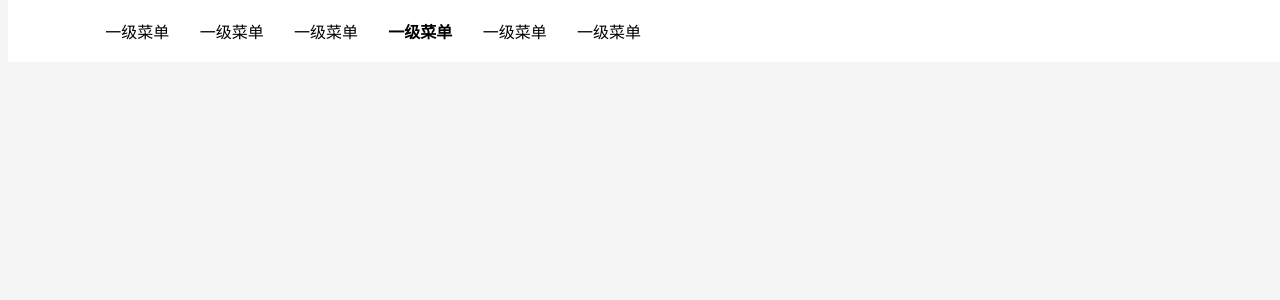
Repository: LJW3112/StudyHTML
Page: 个人作品展示网页/CODE/index.html
The author's editor kept a copy of each file at every save. The page is drawn from the files as they stood at one save, then again after the next save.
The browser window is 1280 px wide. The pictures show the whole page.

Above is the page before, as saved 2023-02-12 17:02:57.

After the next save:
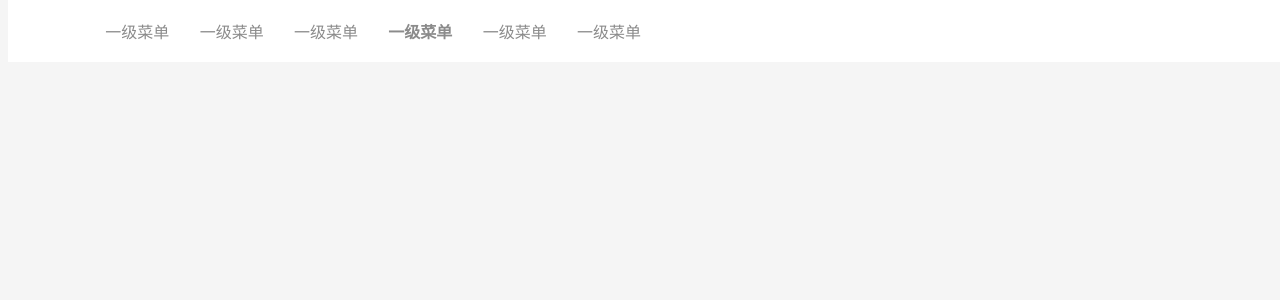
Saved 42 s later.
--- a/个人作品展示网页/CODE/index.html
+++ b/个人作品展示网页/CODE/index.html
@@ -49,7 +49,7 @@
                 /* 设置链接内容显示的格式*/
                 display: block;
                 /* 把链接显示为块元素可使整个链接区域可点击 */
-                color: rgb(0, 0, 0);
+                color: rgb(139, 139, 139);
                 text-align: center;
                 padding: 3px;
                 overflow: hidden;

After the save that followed:
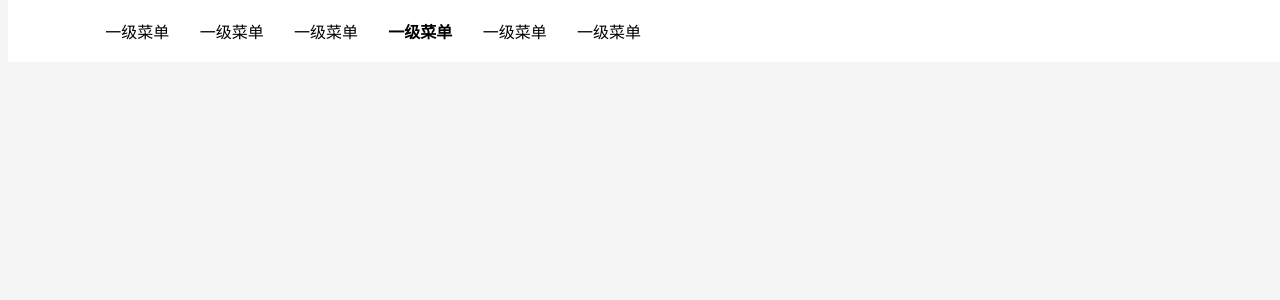
Saved 17 s later.
--- a/个人作品展示网页/CODE/index.html
+++ b/个人作品展示网页/CODE/index.html
@@ -49,7 +49,7 @@
                 /* 设置链接内容显示的格式*/
                 display: block;
                 /* 把链接显示为块元素可使整个链接区域可点击 */
-                color: rgb(139, 139, 139);
+                color: rgb(0, 0, 0);
                 text-align: center;
                 padding: 3px;
                 overflow: hidden;
